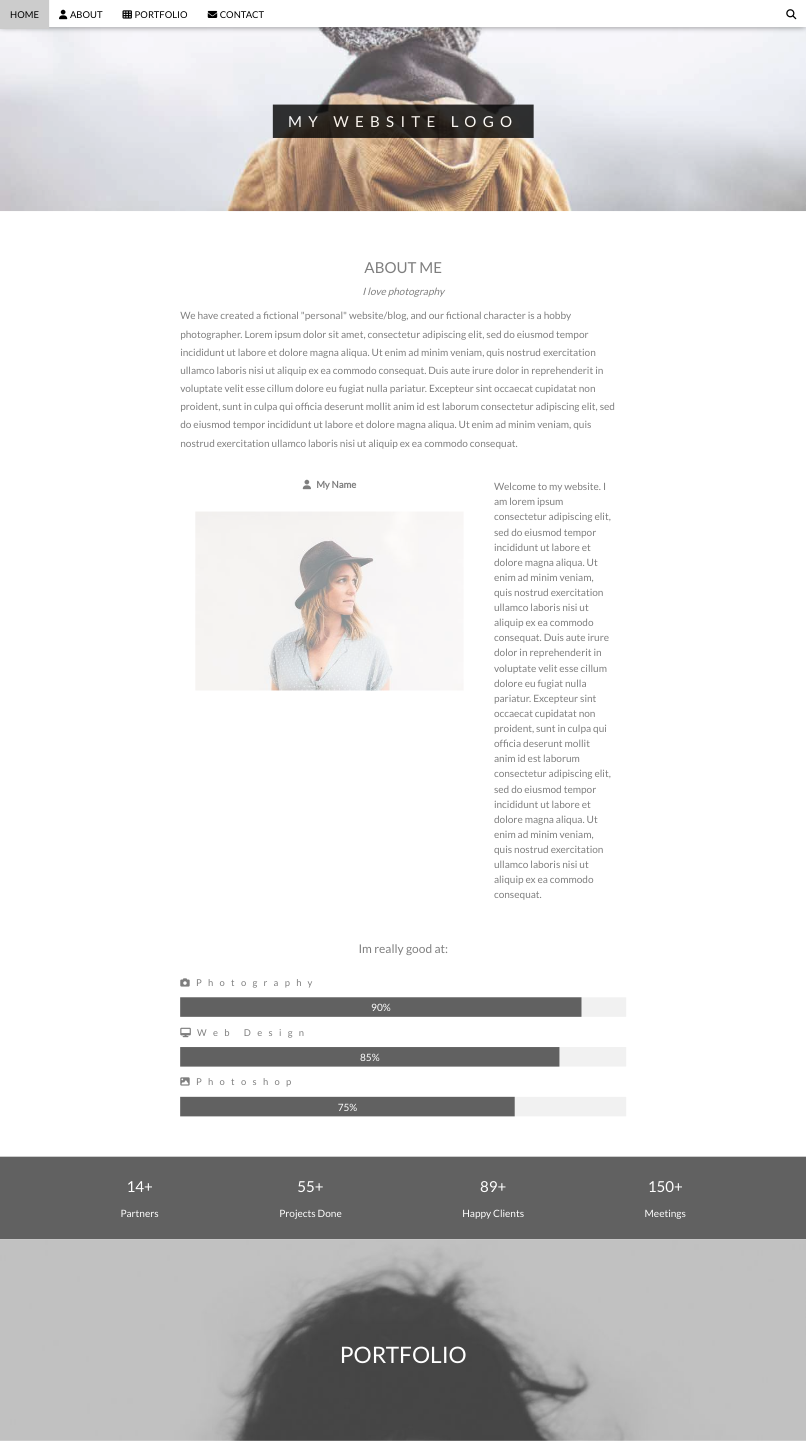
Repository: xd25vn/project-error
Page: index.html
These files come from the project's save history. The page is drawn as it stood at one moment and after the next save; the edit follows.
The browser window is 1280 px wide. The pictures show the whole page, at 63% of full size.

Above is the page before, as saved 2023-09-02 19:28:46.

After the next save:
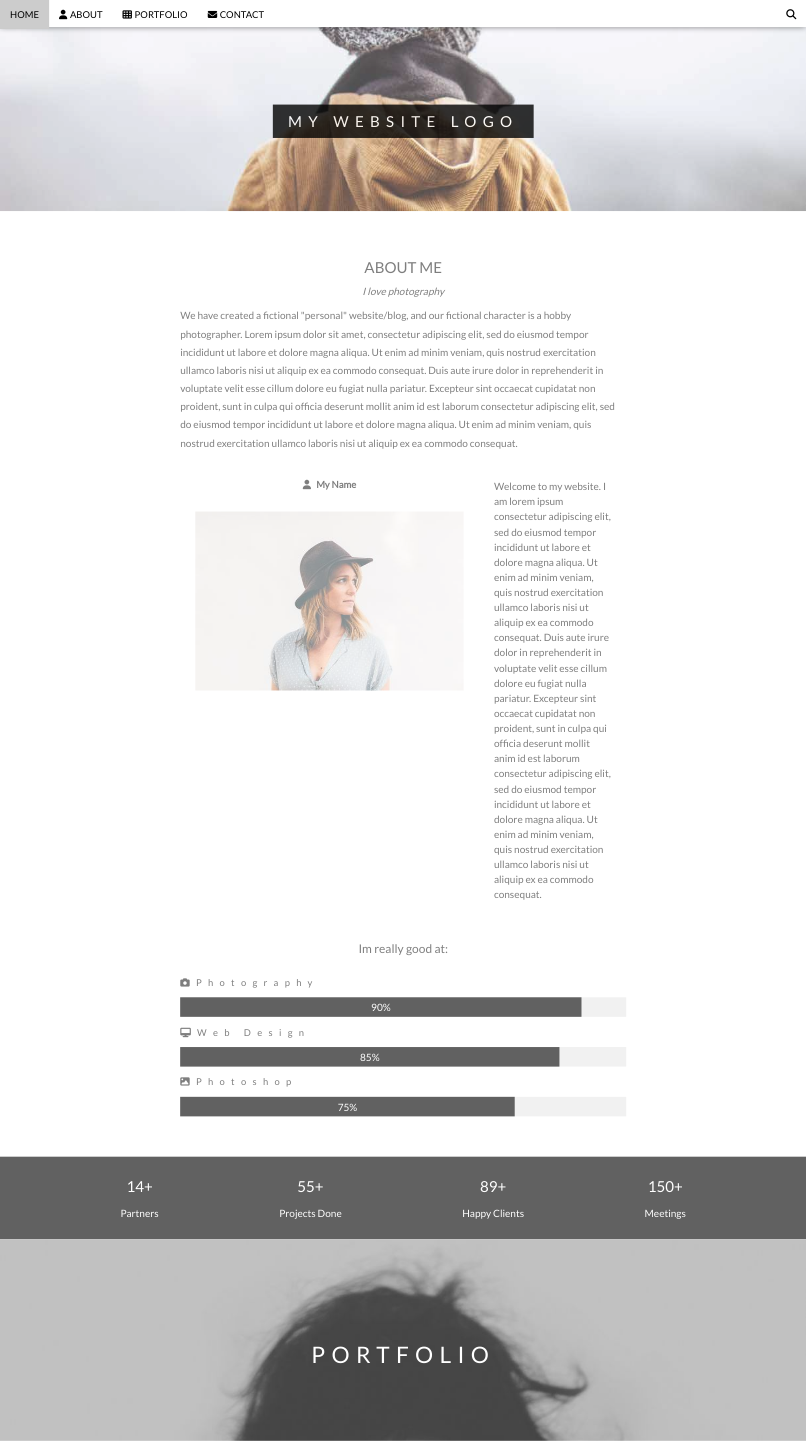
Saved 11 s later.
--- a/assets/main.css
+++ b/assets/main.css
@@ -234,4 +234,5 @@ header .nav-icon-search:hover i {
 #content .portfolio .heading-text p {
     color: #fff;
     font-size: 36px;
-}
+    letter-spacing: 10px;
+}
